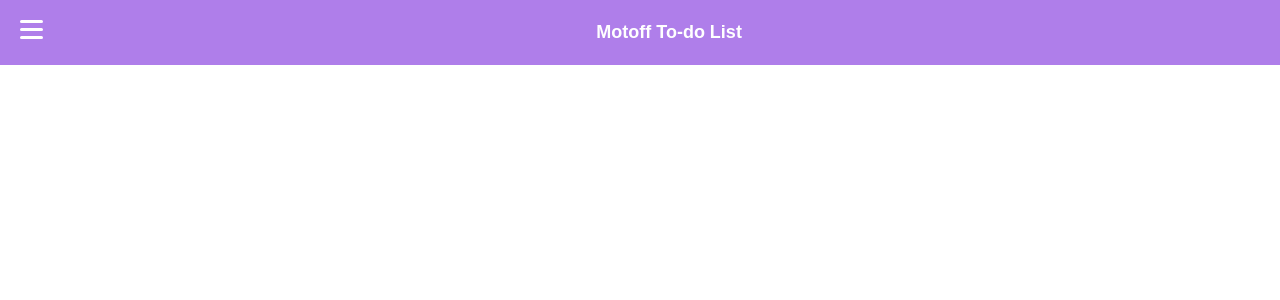
Repository: Amad-Mlinka/Todo-List-Vanilla-JS
Page: index.html
The author's editor kept a copy of each file at every save. The page is drawn from the files as they stood at one save, then again after the next save.
The browser window is 1280 px wide. The pictures show the whole page.
After loading, the first visible `#hamburger` was clicked once.

Above is the page before, as saved 2021-09-14 23:15:36.

### index.html
<!DOCTYPE html>
<html lang="en">
  <head>
    <meta charset="UTF-8" />
    <meta http-equiv="X-UA-Compatible" content="IE=edge" />
    <meta name="viewport" content="width=device-width, initial-scale=1.0" />
    <title>ToDo list</title>
    <link rel="stylesheet" href="/styles/style.css">
    <link rel="stylesheet" href="/styles/hamburger.css">
    <link rel="stylesheet" href="/styles/header.css">
    <script src="script.js"></script>
  </head>
  <body>
    <div class="headerContainer">
      <div class="header">
        <div class="hamburger" id="hamburger">
          <span></span>
          <span></span>
          <span></span>
        </div>
        <div class="titleContainer">
            <span class="title">Motoff To-do List</span>
        </div>
      </div>

      <div class="sidebar"></div>
    </div>
    <div class="container">
      <div class="listContainer">
        <div class="list"></div>
        <div class="addBtnContainer">
          <div class="addTaskBtn"></div>
        </div>
      </div>
    </div>
  </body>
</html>

### styles/hamburger.css

  .hamburger {
    width: 40px;
    height: 25px;
    position: relative;
    -webkit-transform: rotate(0deg);
    -moz-transform: rotate(0deg);
    -o-transform: rotate(0deg);
    transform: rotate(0deg);
    -webkit-transition: 0.5s ease-in-out;
    -moz-transition: 0.5s ease-in-out;
    -o-transition: 0.5s ease-in-out;
    transition: 0.5s ease-in-out;
    cursor: pointer;
    margin: 10px;
  }

  .hamburger span {
    display: block;
    position: absolute;
    height: 3px;
    width: 60%;
    background: white;
    border-radius: 9px;
    opacity: 1;
    left: 0;
    -webkit-transform: rotate(0deg);
    -moz-transform: rotate(0deg);
    -o-transform: rotate(0deg);
    transform: rotate(0deg);
    -webkit-transition: 0.25s ease-in-out;
    -moz-transition: 0.25s ease-in-out;
    -o-transition: 0.25s ease-in-out;
    transition: 0.25s ease-in-out;
  }


  .hamburger span:nth-child(1) {
  top: 0px;
  -webkit-transform-origin: left center;
  -moz-transform-origin: left center;
  -o-transform-origin: left center;
  transform-origin: left center;
  }

  .hamburger span:nth-child(2) {
  top: 8px;
  -webkit-transform-origin: left center;
  -moz-transform-origin: left center;
  -o-transform-origin: left center;
  transform-origin: left center;
  }

  .hamburger span:nth-child(3) {
  top: 16px;
  -webkit-transform-origin: left center;
  -moz-transform-origin: left center;
  -o-transform-origin: left center;
  transform-origin: left center;
  }

  .hamburger.open span:nth-child(1) {
  -webkit-transform: rotate(45deg);
  -moz-transform: rotate(45deg);
  -o-transform: rotate(45deg);
  transform: rotate(45deg);
  top: -3px;
  left: 8px;
  }

  .hamburger.open span:nth-child(2) {
  width: 0%;
  opacity: 0;
  }

  .hamburger.open span:nth-child(3) {
  -webkit-transform: rotate(-45deg);
  -moz-transform: rotate(-45deg);
  -o-transform: rotate(-45deg);
  transform: rotate(-45deg);
  top: 39px;
  left: 8px;
  }

### styles/header.css
.header{
    display: flex;
    flex-direction: row;
    justify-content:space-between;
    background-color:#af7eea;
    padding: 10px;
}
.titleContainer{
    width: 100%;
    display: flex;
}
.title{
    color: white;
    margin: auto;
    font-family: sans-serif;
    font-size:18px;
    font-weight: bolder;;
}

### script.js
document.addEventListener("DOMContentLoaded", function() {
    console.log("Loaded");
    const hamburger = document.getElementById("hamburger");
    console.log(hamburger)
    hamburger.addEventListener("click", function(){
        console.log(this)
    })
  });

Loaded but not shown: styles/style.css (common file)

After the next save:
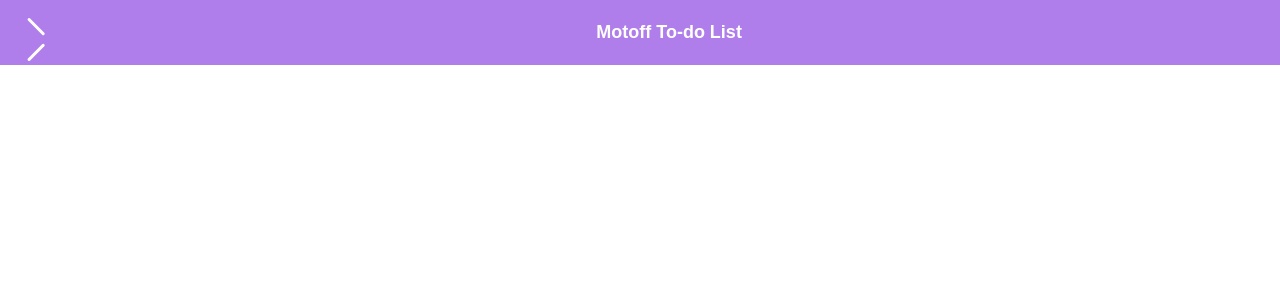
Saved 37 s later.
--- a/script.js
+++ b/script.js
@@ -3,6 +3,6 @@ document.addEventListener("DOMContentLoaded", function() {
     const hamburger = document.getElementById("hamburger");
     console.log(hamburger)
     hamburger.addEventListener("click", function(){
-        console.log(this)
+        this.classList.add("open")
     })
   });
